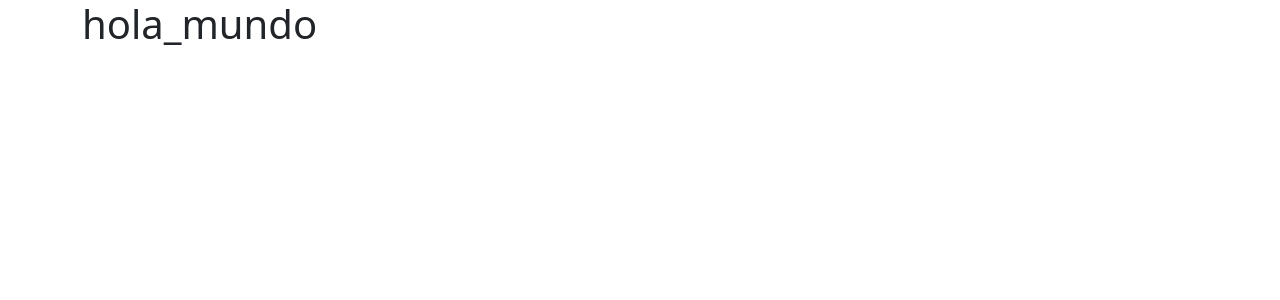
Repository: jorgi710/Prueba-Bootstrap
Page: /
An editor plug-in stored every save of this project. The page is shown before and after the next save, followed by the edit.
The browser window is 1280 px wide. The pictures show the whole page.
The project was rebuilt for these pictures with package versions that can differ from the ones it lists, and the page was loaded fresh each time. Also part of the build but not shown: src/App.css.

Above is the page before, as saved 2021-03-30 10:16:42.

After the next save:
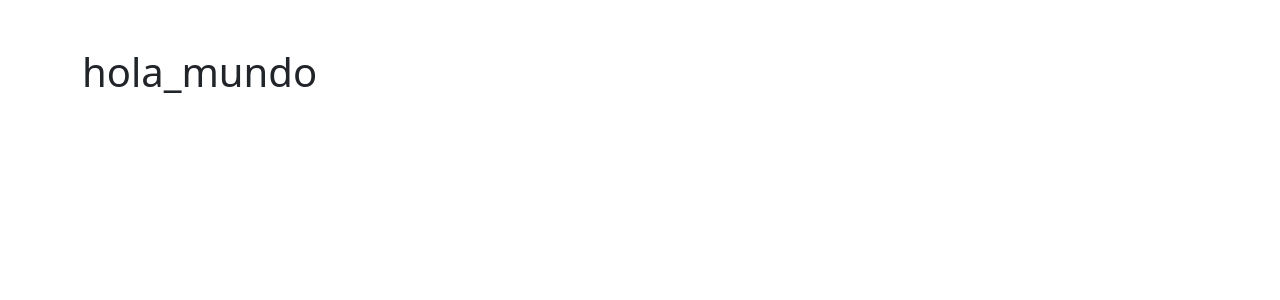
Saved 10 s later.
--- a/src/App.js
+++ b/src/App.js
@@ -2,7 +2,7 @@ import './App.css';
 
 function App() {
   return (
-    <div className=" container">
+    <div className=" container mt-5">
       <h1>hola_mundo</h1>
     </div>
   );
